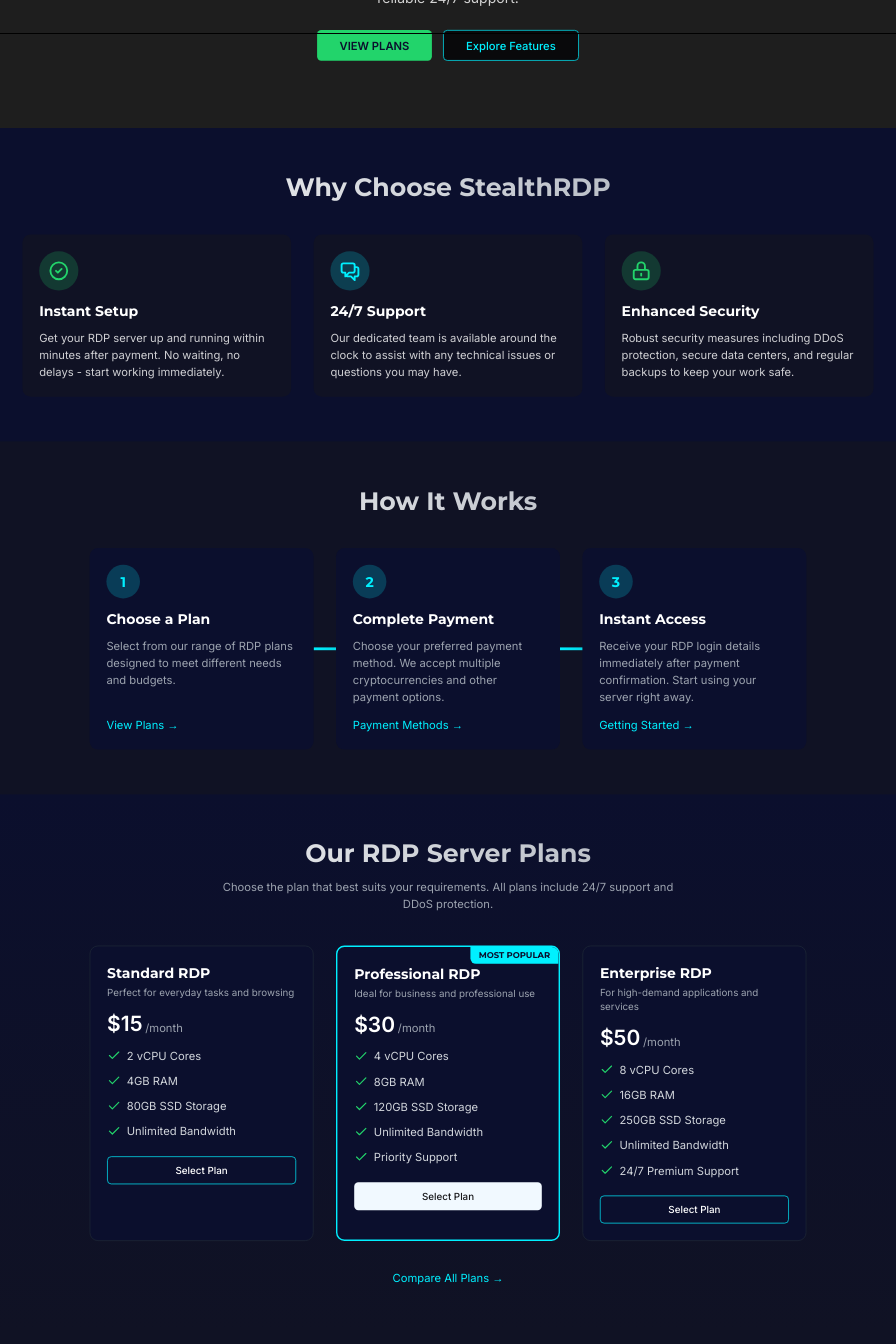
Repository: Husnainn01/stealthrdp2
Page: /
These files come from the project's save history. The page is drawn as it stood at one moment and after the next save; the edit follows.
The browser window is 1280 px wide. The pictures show the part of the page from y = 317 to 2237 px (the page is 2945 px tall), at 70% of full size.
The project was rebuilt for these pictures with package versions that can differ from the ones it lists, and the page was loaded fresh each time. Also part of the build but not shown: vite.config.ts, src/components/ui/tooltip.tsx, src/components/ui/accordion.tsx, src/pages/FAQ.tsx, src/components/ui/card.tsx, src/components/ui/tabs.tsx, src/pages/Plans.tsx, src/pages/Features.tsx and 1 more.

Above is the page before, as saved 2025-05-05 23:04:48.

### index.html
<!DOCTYPE html>
<html lang="en">
  <head>
    <meta charset="UTF-8" />
    <meta name="viewport" content="width=device-width, initial-scale=1.0" />
    <title>stealth-digital-revamp</title>
    <meta name="description" content="Lovable Generated Project" />
    <meta name="author" content="Lovable" />

    <meta property="og:title" content="stealth-digital-revamp" />
    <meta property="og:description" content="Lovable Generated Project" />
    <meta property="og:type" content="website" />
    <meta property="og:image" content="https://lovable.dev/opengraph-image-p98pqg.png" />

    <meta name="twitter:card" content="summary_large_image" />
    <meta name="twitter:site" content="@lovable_dev" />
    <meta name="twitter:image" content="https://lovable.dev/opengraph-image-p98pqg.png" />
  </head>

  <body>
    <div id="root"></div>
    <!-- IMPORTANT: DO NOT REMOVE THIS SCRIPT TAG OR THIS VERY COMMENT! -->
    <script src="https://cdn.gpteng.co/gptengineer.js" type="module"></script>
    <script type="module" src="/src/main.tsx"></script>

    <!--Start of Tawk.to Script-->
    <script type="text/javascript">
    var Tawk_API=Tawk_API||{}, Tawk_LoadStart=new Date();
    (function(){
    var s1=document.createElement("script"),s0=document.getElementsByTagName("script")[0];
    s1.async=true;
    s1.src='https://embed.tawk.to/67aadec4825083258e1318e0/1ijpnccj4';
    s1.charset='UTF-8';
    s1.setAttribute('crossorigin','*');
    s0.parentNode.insertBefore(s1,s0);
    })();
    </script>
    <!--End of Tawk.to Script-->
  </body>
</html>

### src/components/ui/toaster.tsx
import { useToast } from "@/hooks/use-toast"
import {
  Toast,
  ToastClose,
  ToastDescription,
  ToastProvider,
  ToastTitle,
  ToastViewport,
} from "@/components/ui/toast"

export function Toaster() {
  const { toasts } = useToast()

  return (
    <ToastProvider>
      {toasts.map(function ({ id, title, description, action, ...props }) {
        return (
          <Toast key={id} {...props}>
            <div className="grid gap-1">
              {title && <ToastTitle>{title}</ToastTitle>}
              {description && (
                <ToastDescription>{description}</ToastDescription>
              )}
            </div>
            {action}
            <ToastClose />
          </Toast>
        )
      })}
      <ToastViewport />
    </ToastProvider>
  )
}

### src/components/ScrollToTop.tsx
import { useEffect } from 'react';
import { useLocation } from 'react-router-dom';

// This component scrolls to the top of the page when the route changes
const ScrollToTop = () => {
  const { pathname } = useLocation();

  useEffect(() => {
    // Scroll to top with smooth behavior
    window.scrollTo({
      top: 0,
      left: 0,
      behavior: 'smooth'
    });
  }, [pathname]);

  return null; // This component doesn't render anything
};

export default ScrollToTop;

### src/pages/Index.tsx
import React from 'react';
import { Link } from 'react-router-dom';
import Layout from '@/components/Layout';
import { Button } from '@/components/ui/button';
import { Check } from 'lucide-react';

const Index = () => {
  return (
    <Layout>
      {/* Hero Section */}
      <section className="pt-24 pb-16 md:pt-32 md:pb-24 relative overflow-hidden bg-steel">
        <div className="absolute inset-0 z-0">
          <div className="absolute inset-0 bg-[radial-gradient(#22D46B10_1px,transparent_1px)] [background-size:20px_20px]"></div>
        </div>

        <div className="container relative z-10">
          <div className="max-w-4xl mx-auto text-center">
            <h1 className="text-4xl md:text-5xl lg:text-6xl font-bold font-montserrat mb-6 text-electric fade-in">
              Premium Remote Desktop Servers
            </h1>
            <p className="text-white/80 text-lg md:text-xl mb-8 fade-in" style={{ animationDelay: '0.2s' }}>
              Secure, high-performance RDP solutions with instant setup, robust security features, and reliable 24/7 support.
            </p>
            <div className="flex flex-col sm:flex-row justify-center gap-4 fade-in" style={{ animationDelay: '0.4s' }}>
              <Button asChild size="lg" className="bg-cyber text-midnight hover:bg-cyber/90 font-bold uppercase text-base px-8 py-4">
                <Link to="/plans">View Plans</Link>
              </Button>
              <Button asChild variant="outline" size="lg" className="border-electric text-electric hover:bg-electric/10 text-base px-8 py-4">
                <Link to="/features">Explore Features</Link>
              </Button>
            </div>
          </div>
        </div>
      </section>

      {/* Key Benefits Section */}
      <section className="bg-midnight py-16">
        <div className="container">
          <h2 className="text-3xl md:text-4xl font-bold font-montserrat text-center mb-12 bg-gradient-to-r from-white to-gray-400 bg-clip-text text-transparent">
            Why Choose StealthRDP
          </h2>

          <div className="grid grid-cols-1 md:grid-cols-3 gap-8">
            {/* Benefit 1 */}
            <div className="bg-charcoal rounded-xl p-6 card-hover">
              <div className="w-14 h-14 rounded-full bg-cyber/20 flex items-center justify-center mb-4">
                <svg xmlns="http://www.w3.org/2000/svg" className="h-8 w-8 text-cyber" fill="none" viewBox="0 0 24 24" stroke="currentColor" strokeWidth={2}>
                  <path strokeLinecap="round" strokeLinejoin="round" d="M9 12l2 2 4-4m6 2a9 9 0 11-18 0 9 9 0 0118 0z" />
                </svg>
              </div>
              <h3 className="text-xl font-bold font-montserrat text-white mb-3">Instant Setup</h3>
              <p className="text-white/80">
                Get your RDP server up and running within minutes after payment. No waiting, no delays - start working immediately.
              </p>
            </div>

            {/* Benefit 2 */}
            <div className="bg-charcoal rounded-xl p-6 card-hover">
              <div className="w-14 h-14 rounded-full bg-electric/20 flex items-center justify-center mb-4">
                <svg xmlns="http://www.w3.org/2000/svg" className="h-8 w-8 text-electric" fill="none" viewBox="0 0 24 24" stroke="currentColor" strokeWidth={2}>
                  <path strokeLinecap="round" strokeLinejoin="round" d="M17 8h2a2 2 0 012 2v6a2 2 0 01-2 2h-2v4l-4-4H9a1.994 1.994 0 01-1.414-.586m0 0L11 14h4a2 2 0 002-2V6a2 2 0 00-2-2H5a2 2 0 00-2 2v6a2 2 0 002 2h2v4l.586-.586z" />
                </svg>
              </div>
              <h3 className="text-xl font-bold font-montserrat text-white mb-3">24/7 Support</h3>
              <p className="text-white/80">
                Our dedicated team is available around the clock to assist with any technical issues or questions you may have.
              </p>
            </div>

            {/* Benefit 3 */}
            <div className="bg-charcoal rounded-xl p-6 card-hover">
              <div className="w-14 h-14 rounded-full bg-cyber/20 flex items-center justify-center mb-4">
                <svg xmlns="http://www.w3.org/2000/svg" className="h-8 w-8 text-cyber" fill="none" viewBox="0 0 24 24" stroke="currentColor" strokeWidth={2}>
                  <path strokeLinecap="round" strokeLinejoin="round" d="M12 15v2m-6 4h12a2 2 0 002-2v-6a2 2 0 00-2-2H6a2 2 0 00-2 2v6a2 2 0 002 2zm10-10V7a4 4 0 00-8 0v4h8z" />
                </svg>
              </div>
              <h3 className="text-xl font-bold font-montserrat text-white mb-3">Enhanced Security</h3>
              <p className="text-white/80">
                Robust security measures including DDoS protection, secure data centers, and regular backups to keep your work safe.
              </p>
            </div>
          </div>
        </div>
      </section>

      {/* How It Works Section */}
      <section className="py-16 bg-charcoal">
        <div className="container">
          <h2 className="text-3xl md:text-4xl font-bold font-montserrat text-center mb-12 bg-gradient-to-r from-white to-gray-400 bg-clip-text text-transparent">
            How It Works
          </h2>

          <div className="grid grid-cols-1 md:grid-cols-3 gap-8 max-w-5xl mx-auto">
            {/* Step 1 */}
            <div className="relative">
              <div className="bg-midnight rounded-xl p-6 relative z-10 h-full flex flex-col">
                <div className="w-12 h-12 rounded-full bg-electric/20 flex items-center justify-center mb-4 text-electric font-montserrat font-bold text-xl">
                  1
                </div>
                <h3 className="text-xl font-bold font-montserrat text-white mb-3">Choose a Plan</h3>
                <p className="text-gray-400 flex-grow">
                  Select from our range of RDP plans designed to meet different needs and budgets.
                </p>
                <Link to="/plans" className="text-electric hover:underline mt-4 inline-block">
                  View Plans →
                </Link>
              </div>
              {/* Connector line */}
              <div className="hidden md:block absolute top-1/2 left-full w-full h-1 bg-gradient-to-r from-electric to-transparent -translate-y-1/2 z-0"></div>
            </div>

            {/* Step 2 */}
            <div className="relative">
              <div className="bg-midnight rounded-xl p-6 relative z-10 h-full flex flex-col">
                <div className="w-12 h-12 rounded-full bg-electric/20 flex items-center justify-center mb-4 text-electric font-montserrat font-bold text-xl">
                  2
                </div>
                <h3 className="text-xl font-bold font-montserrat text-white mb-3">Complete Payment</h3>
                <p className="text-gray-400 flex-grow">
                  Choose your preferred payment method. We accept multiple cryptocurrencies and other payment options.
                </p>
                <Link to="/payment" className="text-electric hover:underline mt-4 inline-block">
                  Payment Methods →
                </Link>
              </div>
              {/* Connector line */}
              <div className="hidden md:block absolute top-1/2 left-full w-full h-1 bg-gradient-to-r from-electric to-transparent -translate-y-1/2 z-0"></div>
            </div>

            {/* Step 3 */}
            <div>
              <div className="bg-midnight rounded-xl p-6 relative z-10 h-full flex flex-col">
                <div className="w-12 h-12 rounded-full bg-electric/20 flex items-center justify-center mb-4 text-electric font-montserrat font-bold text-xl">
                  3
                </div>
                <h3 className="text-xl font-bold font-montserrat text-white mb-3">Instant Access</h3>
                <p className="text-gray-400 flex-grow">
                  Receive your RDP login details immediately after payment confirmation. Start using your server right away.
                </p>
                <Link to="/getting-started" className="text-electric hover:underline mt-4 inline-block">
                  Getting Started →
                </Link>
              </div>
            </div>
          </div>
        </div>
      </section>

      {/* Plans Preview Section */}
      <section className="py-16 bg-gradient-to-b from-midnight to-charcoal">
        <div className="container">
          <div className="text-center mb-12">
            <h2 className="text-3xl md:text-4xl font-bold font-montserrat mb-4 bg-gradient-to-r from-white to-gray-400 bg-clip-text text-transparent">
              Our RDP Server Plans
            </h2>
            <p className="text-gray-400 max-w-2xl mx-auto">
              Choose the plan that best suits your requirements. All plans include 24/7 support and DDoS protection.
            </p>
          </div>

          <div className="grid grid-cols-1 md:grid-cols-3 gap-8 max-w-5xl mx-auto">
            {/* Basic Plan */}
            <div className="bg-midnight border border-gray-800 rounded-xl overflow-hidden card-hover">
              <div className="p-6">
                <h3 className="text-xl font-bold font-montserrat text-white mb-1">Standard RDP</h3>
                <p className="text-gray-400 text-sm mb-4">Perfect for everyday tasks and browsing</p>
                <div className="flex items-end mb-4">
                  <span className="text-3xl font-bold text-white">$15</span>
                  <span className="text-gray-400 ml-1">/month</span>
                </div>
                <ul className="space-y-3 mb-6">
                  <li className="flex items-start">
                    <Check className="h-5 w-5 text-cyber mr-2 mt-0.5" />
                    <span className="text-gray-300">2 vCPU Cores</span>
                  </li>
                  <li className="flex items-start">
                    <Check className="h-5 w-5 text-cyber mr-2 mt-0.5" />
                    <span className="text-gray-300">4GB RAM</span>
                  </li>
                  <li className="flex items-start">
                    <Check className="h-5 w-5 text-cyber mr-2 mt-0.5" />
                    <span className="text-gray-300">80GB SSD Storage</span>
                  </li>
                  <li className="flex items-start">
                    <Check className="h-5 w-5 text-cyber mr-2 mt-0.5" />
                    <span className="text-gray-300">Unlimited Bandwidth</span>
                  </li>
                </ul>
                <Button asChild className="w-full bg-midnight text-white border border-electric hover:bg-electric hover:text-midnight transition-colors">
                  <Link to="/plans">Select Plan</Link>
                </Button>
              </div>
            </div>

            {/* Pro Plan */}
            <div className="bg-midnight border-2 border-electric rounded-xl overflow-hidden relative card-hover">
              <div className="absolute top-0 right-0 bg-electric text-midnight px-3 py-1 text-xs font-bold font-montserrat rounded-bl-lg">
                MOST POPULAR
              </div>
              <div className="p-6">
                <h3 className="text-xl font-bold font-montserrat text-white mb-1">Professional RDP</h3>
                <p className="text-gray-400 text-sm mb-4">Ideal for business and professional use</p>
                <div className="flex items-end mb-4">
                  <span className="text-3xl font-bold text-white">$30</span>
                  <span className="text-gray-400 ml-1">/month</span>
                </div>
                <ul className="space-y-3 mb-6">
                  <li className="flex items-start">
                    <Check className="h-5 w-5 text-cyber mr-2 mt-0.5" />
                    <span className="text-gray-300">4 vCPU Cores</span>
                  </li>
                  <li className="flex items-start">
                    <Check className="h-5 w-5 text-cyber mr-2 mt-0.5" />
                    <span className="text-gray-300">8GB RAM</span>
                  </li>
                  <li className="flex items-start">
                    <Check className="h-5 w-5 text-cyber mr-2 mt-0.5" />
                    <span className="text-gray-300">120GB SSD Storage</span>
                  </li>
                  <li className="flex items-start">
                    <Check className="h-5 w-5 text-cyber mr-2 mt-0.5" />
                    <span className="text-gray-300">Unlimited Bandwidth</span>
                  </li>
                  <li className="flex items-start">
                    <Check className="h-5 w-5 text-cyber mr-2 mt-0.5" />
                    <span className="text-gray-300">Priority Support</span>
                  </li>
                </ul>
                <Button asChild className="w-full btn-electric">
                  <Link to="/plans">Select Plan</Link>
                </Button>
              </div>
            </div>

            {/* Enterprise Plan */}
            <div className="bg-midnight border border-gray-800 rounded-xl overflow-hidden card-hover">
              <div className="p-6">
                <h3 className="text-xl font-bold font-montserrat text-white mb-1">Enterprise RDP</h3>
                <p className="text-gray-400 text-sm mb-4">For high-demand applications and services</p>
                <div className="flex items-end mb-4">
                  <span className="text-3xl font-bold text-white">$50</span>
                  <span className="text-gray-400 ml-1">/month</span>
                </div>
                <ul className="space-y-3 mb-6">
                  <li className="flex items-start">
                    <Check className="h-5 w-5 text-cyber mr-2 mt-0.5" />
                    <span className="text-gray-300">8 vCPU Cores</span>
                  </li>
                  <li className="flex items-start">
                    <Check className="h-5 w-5 text-cyber mr-2 mt-0.5" />
                    <span className="text-gray-300">16GB RAM</span>
                  </li>
                  <li className="flex items-start">
                    <Check className="h-5 w-5 text-cyber mr-2 mt-0.5" />
                    <span className="text-gray-300">250GB SSD Storage</span>
                  </li>
                  <li className="flex items-start">
                    <Check className="h-5 w-5 text-cyber mr-2 mt-0.5" />
                    <span className="text-gray-300">Unlimited Bandwidth</span>
                  </li>
                  <li className="flex items-start">
                    <Check className="h-5 w-5 text-cyber mr-2 mt-0.5" />
                    <span className="text-gray-300">24/7 Premium Support</span>
                  </li>
                </ul>
                <Button asChild className="w-full bg-midnight text-white border border-electric hover:bg-electric hover:text-midnight transition-colors">
                  <Link to="/plans">Select Plan</Link>
                </Button>
              </div>
            </div>
          </div>

          <div className="text-center mt-10">
            <Link to="/plans" className="text-electric hover:underline">
              Compare All Plans →
            </Link>
          </div>
        </div>
      </section>

      {/* CTA Section */}
      <section className="py-16 bg-charcoal">
        <div className="container">
          <div className="max-w-4xl mx-auto bg-gradient-to-r from-midnight to-charcoal p-8 sm:p-10 md:p-12 rounded-2xl border border-gray-800 relative overflow-hidden">
            {/* Background Effect */}
            <div className="absolute inset-0 bg-[radial-gradient(#22D46B05_1px,transparent_1px)] [background-size:16px_16px]"></div>
            <div className="relative z-10 text-center">
              <h2 className="text-3xl md:text-4xl font-bold font-montserrat mb-4 bg-gradient-to-r from-white to-gray-300 bg-clip-text text-transparent">
                Ready to Get Your Premium RDP Server?
              </h2>
              <p className="text-gray-400 mb-8 max-w-2xl mx-auto">
                Experience the power, security, and reliability of our RDP solutions. Get started today with instant activation and 24/7 support.
              </p>
              <div className="flex flex-col sm:flex-row justify-center gap-4">
                <Button asChild size="lg" className="btn-electric">
                  <Link to="/plans">Choose a Plan</Link>
                </Button>
                <Button asChild variant="outline" size="lg" className="border-electric text-electric hover:bg-electric/10">
                  <Link to="/contact">Contact Sales</Link>
                </Button>
              </div>
            </div>
          </div>
        </div>
      </section>
    </Layout>
  );
};

export default Index;

### src/components/Layout.tsx

import React from 'react';
import Navbar from './Navbar';
import Footer from './Footer';

interface LayoutProps {
  children: React.ReactNode;
}

const Layout: React.FC<LayoutProps> = ({ children }) => {
  return (
    <div className="flex flex-col min-h-screen">
      <Navbar />
      <main className="flex-grow">{children}</main>
      <Footer />
    </div>
  );
};

export default Layout;

### src/components/ui/button.tsx
import * as React from "react"
import { Slot } from "@radix-ui/react-slot"
import { cn } from "@/lib/utils"
import { buttonVariants, type ButtonProps } from "@/lib/ui-utils/button-variants"

const Button = React.forwardRef<HTMLButtonElement, ButtonProps>(
  ({ className, variant, size, asChild = false, ...props }, ref) => {
    const Comp = asChild ? Slot : "button"
    return (
      <Comp
        className={cn(buttonVariants({ variant, size, className }))}
        ref={ref}
        {...props}
      />
    )
  }
)
Button.displayName = "Button"

export { Button }

Loaded but not shown: src/main.tsx (common file); src/hooks/use-toast.ts (common file); src/lib/utils.ts (common file); src/components/Footer.tsx (83 lines, source omitted); src/components/ui/toast.tsx (127 lines, source omitted); src/components/Navbar.tsx (133 lines, source omitted); tailwind.config.ts (110 lines, source omitted); src/index.css (70 lines, source omitted); src/lib/ui-utils/button-variants.ts (36 lines, source omitted); src/App.tsx (35 lines, source omitted); src/components/ui/sonner.tsx (29 lines, source omitted)

After the next save:
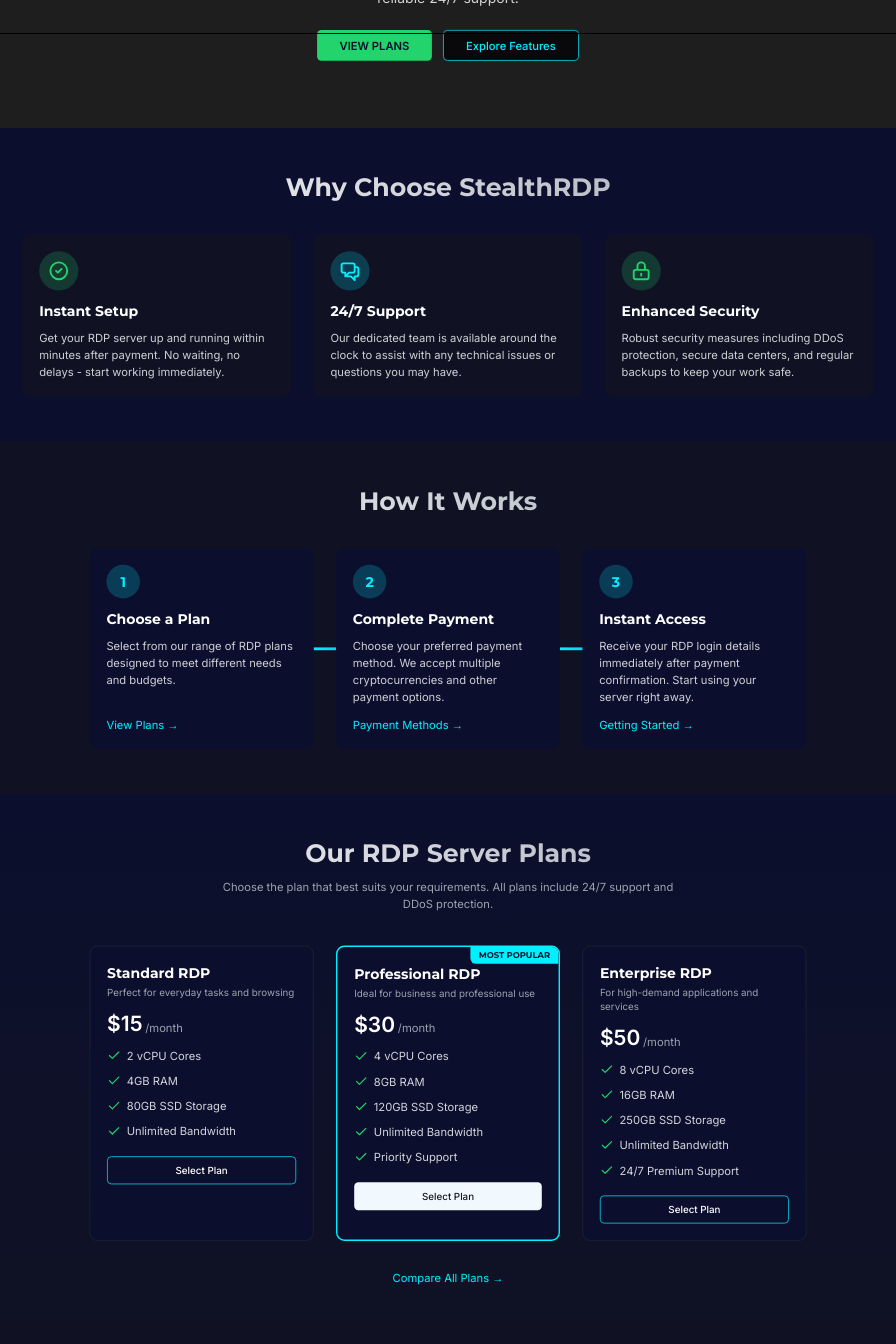
Saved 11 s later.
--- a/src/pages/Index.tsx
+++ b/src/pages/Index.tsx
@@ -98,7 +98,7 @@
                   1
                 </div>
                 <h3 className="text-xl font-bold font-montserrat text-white mb-3">Choose a Plan</h3>
-                <p className="text-gray-400 flex-grow">
+                <p className="text-white/80 flex-grow">
                   Select from our range of RDP plans designed to meet different needs and budgets.
                 </p>
                 <Link to="/plans" className="text-electric hover:underline mt-4 inline-block">
@@ -116,7 +116,7 @@
                   2
                 </div>
                 <h3 className="text-xl font-bold font-montserrat text-white mb-3">Complete Payment</h3>
-                <p className="text-gray-400 flex-grow">
+                <p className="text-white/80 flex-grow">
                   Choose your preferred payment method. We accept multiple cryptocurrencies and other payment options.
                 </p>
                 <Link to="/payment" className="text-electric hover:underline mt-4 inline-block">
@@ -134,7 +134,7 @@
                   3
                 </div>
                 <h3 className="text-xl font-bold font-montserrat text-white mb-3">Instant Access</h3>
-                <p className="text-gray-400 flex-grow">
+                <p className="text-white/80 flex-grow">
                   Receive your RDP login details immediately after payment confirmation. Start using your server right away.
                 </p>
                 <Link to="/getting-started" className="text-electric hover:underline mt-4 inline-block">
